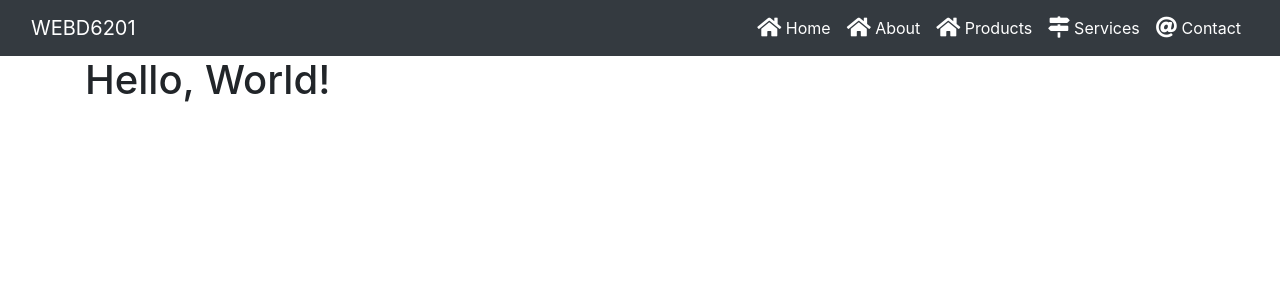
Repository: jaisydh07/WEBD6201-Week1
Page: index.html
An editor plug-in stored every save of this project. The page is shown before and after the next save, followed by the edit.
The browser window is 1280 px wide. The pictures show the whole page.

Above is the page before, as saved 2021-01-28 22:35:38.

### index.html
<!DOCTYPE html>
<html lang="en">
<head>
    <meta charset="UTF-8">
    <meta name="viewport" content="width=device-width, initial-scale=1.0">
    <title>Hello, World!</title>
    <!-- CSS Section -->
    <link rel="stylesheet" href="./node_modules/bootstrap/dist/css/bootstrap.min.css">
    <link rel="stylesheet" href="./node_modules/@fortawesome/fontawesome-free/css/all.min.css">
    <link rel="stylesheet" href="./Content/app.css">
</head>
<body>

    <nav class="navbar navbar-expand-lg navbar-dark bg-dark">
        <div class="container-fluid">
          <a class="navbar-brand" href="#">WEBD6201</a>
          <button class="navbar-toggler" type="button" data-bs-toggle="collapse" data-bs-target="#navbarSupportedContent" aria-controls="navbarSupportedContent" aria-expanded="false" aria-label="Toggle navigation">
            <span class="navbar-toggler-icon"></span>
          </button>
          <div class="collapse navbar-collapse" id="navbarSupportedContent">
            <ul class="navbar-nav ml-auto mb-2 mb-lg-0">

              <li class="nav-item">
                <a class="nav-link active" aria-current="page" href="#">
                    <i class="fas fa-home fa-lg"></i> Home</a>
              </li>

              <li class="nav-item">
                <a class="nav-link active" aria-current="page" href="#">
                    <i class="fas fa-home fa-lg"></i> About</a>
              </li>

              <li class="nav-item">
                <a class="nav-link active" aria-current="page" href="#">
                    <i class="fas fa-home fa-lg"></i> Products</a>
              </li>

              <li class="nav-item">
                <a class="nav-link active" aria-current="page" href="#">
                    <i class="fas fa-map-signs fa-lg"></i> Services</a>
              </li>

              <li class="nav-item">
                <a class="nav-link active" aria-current="page" href="#">
                    <i class="fas fa-at fa-lg"></i> Contact</a>
              </li>

            </ul>
          </div>
        </div>
      </nav>

    <div class="container">
        <h1>Hello, World!</h1>
    </div>

    <!-- JavaScript Section -->
    <script src="./node_modules/jquery/dist/jquery.min.js"></script>
    <script src="./node_modules/bootstrap/dist/js/bootstrap.bundle.min.js"></script>

    <script src="./Scripts/app.js"></script>
</body>
</html>

### Content/app.css
/* Custom CSS goes here */

### Scripts/app.js
/* Custom Scripts go here */

//IIFE - Immediately Invoked Function Expression
//AKA: Anonymous Self-Executing Function

(function()
{
    // initialization function
    function Start()
    {
        console.log("App Started...");

    }

    // event listener
    window.addEventListener("load",Start);

})();

Loaded but not shown: node_modules/bootstrap/dist/css/bootstrap.min.css (library); node_modules/@fortawesome/fontawesome-free/css/all.min.css (library); node_modules/jquery/dist/jquery.min.js (library); node_modules/bootstrap/dist/js/bootstrap.bundle.min.js (library)

After the next save:
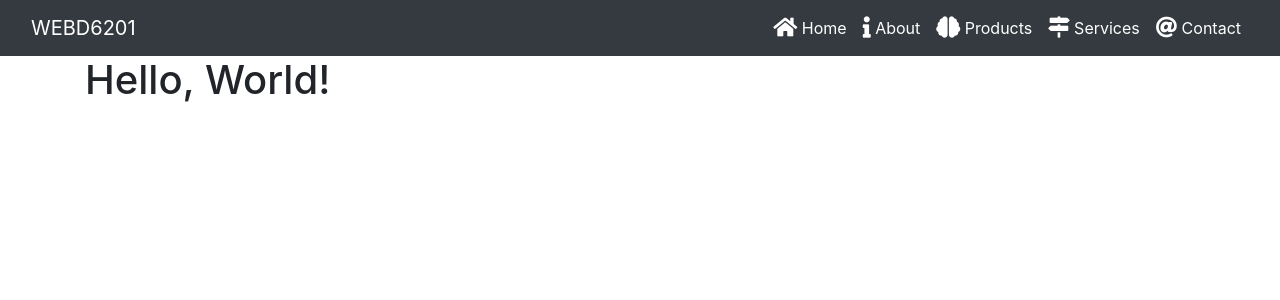
Saved 58 s later.
--- a/index.html
+++ b/index.html
@@ -27,12 +27,12 @@
 
               <li class="nav-item">
                 <a class="nav-link active" aria-current="page" href="#">
-                    <i class="fas fa-home fa-lg"></i> About</a>
+                    <i class="fas fa-info fa-lg"></i> About</a>
               </li>
 
               <li class="nav-item">
                 <a class="nav-link active" aria-current="page" href="#">
-                    <i class="fas fa-home fa-lg"></i> Products</a>
+                    <i class="fas fa-brain fa-lg"></i> Products</a>
               </li>
 
               <li class="nav-item">
